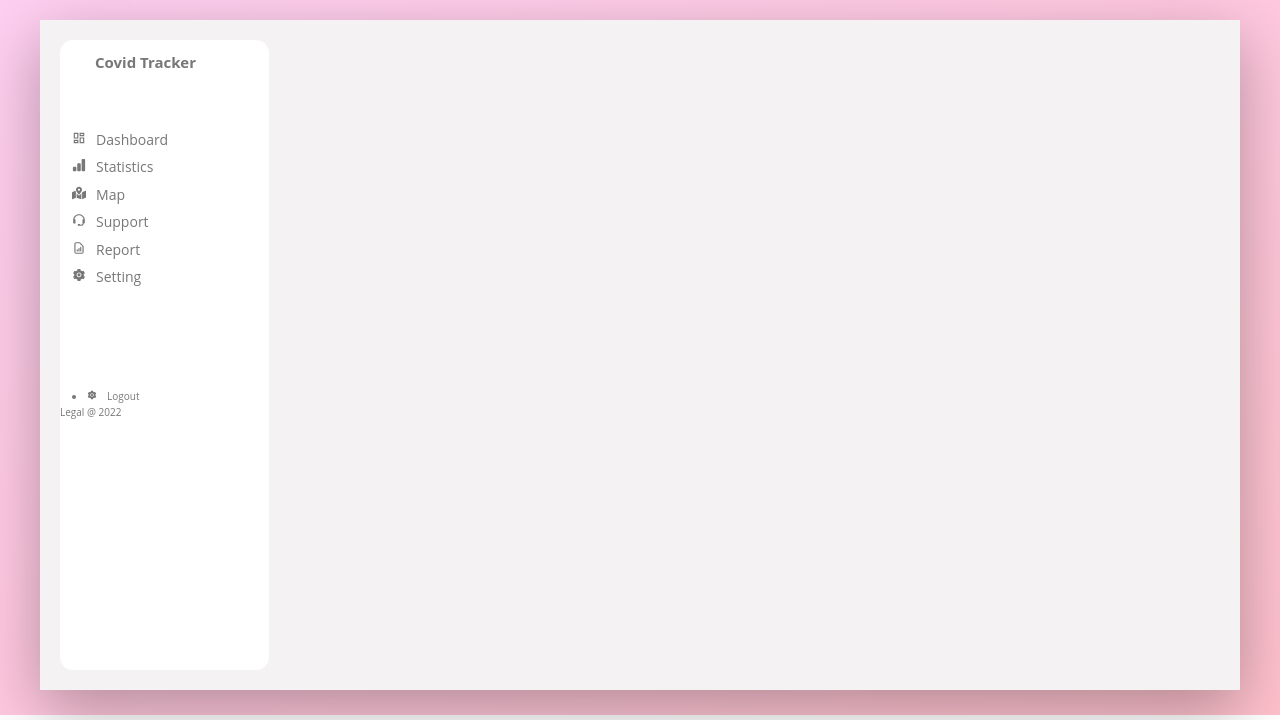
Repository: okidijimmy200/CovidAdminTracker
Page: /
An editor plug-in stored every save of this project. The page is shown before and after the next save, followed by the edit.
The browser window is 1280 px wide. The pictures show the whole page.
The project was rebuilt for these pictures with package versions that can differ from the ones it lists, and the page was loaded fresh each time.

Above is the page before, as saved 2022-06-16 12:00:05.

### public/index.html
<!DOCTYPE html>
<html lang="en">
  <head>
    <meta charset="utf-8" />
    <link rel="icon" href="%PUBLIC_URL%/favicon.ico" />
    <meta name="viewport" content="width=device-width, initial-scale=1" />
    <meta name="theme-color" content="#000000" />
    <meta
      name="description"
      content="Web site created using create-react-app"
    />
    <link rel="apple-touch-icon" href="%PUBLIC_URL%/logo192.png" />
    <!--
      manifest.json provides metadata used when your web app is installed on a
      user's mobile device or desktop. See https://developers.google.com/web/fundamentals/web-app-manifest/
    -->
    <link rel="manifest" href="%PUBLIC_URL%/manifest.json" />
    <!--
      Notice the use of %PUBLIC_URL% in the tags above.
      It will be replaced with the URL of the `public` folder during the build.
      Only files inside the `public` folder can be referenced from the HTML.

      Unlike "/favicon.ico" or "favicon.ico", "%PUBLIC_URL%/favicon.ico" will
      work correctly both with client-side routing and a non-root public URL.
      Learn how to configure a non-root public URL by running `npm run build`.
    -->
    <title>Covid Admin Tracker</title>
  </head>
  <body>
    <noscript>You need to enable JavaScript to run this app.</noscript>
    <div id="root"></div>
    <!--
      This HTML file is a template.
      If you open it directly in the browser, you will see an empty page.

      You can add webfonts, meta tags, or analytics to this file.
      The build step will place the bundled scripts into the <body> tag.

      To begin the development, run `npm start` or `yarn start`.
      To create a production bundle, use `npm run build` or `yarn build`.
    -->
  </body>
</html>

### src/index.scss
:root {
  --color-primary:#eb2f64;
  --color-primary-light:#ffcff1;
  --color-primary-dark:#ffc1cc;
  --color-grey-light-1: #faf9f9;
  --color-grey-light-2: #f4f2f2;
  --color-grey-light-3: #f0eeee;
  --color-grey-light-4: #ccc;
  --color-grey-dark-1: #333;
  --color-grey-dark-2: #777;
  --color-grey-dark-3: #999;

  // creating variable for box
  --shadow-dark: 0 2rem 6rem rgba(0, 0, 0, 0.3);

  --shadow-light: 0 2rem 5rem rgba(0,0,0,.06);
}


* {
  margin: 0;
  padding: 0;
}
*,
*::before,
*::after {
  box-sizing: inherit;
}

html {
  box-sizing: border-box;
  font-size: 62.5%;

}

body {
  font-family: 'Open Sans', sans-serif;
  font-weight: 400;
  line-height: 1.6;
  color: var(--color-grey-dark-2);
  background-image: linear-gradient(to right bottom, var(--color-primary-light), var(--color-primary-dark));
  background-size: cover;
  background-repeat: no-repeat;
  min-height: 96.5vh;
}

### src/App.tsx
import React from 'react';
import Sidebar from './sidebar/sidebar';
import Content from './core/content';
import './App.scss';

function App() {
  return (
    <div data-testid='container' className="container">
      <div className="content">
      <Sidebar />
      <Content />
      </div>

    </div>
  );
}

export default App;

### src/sidebar/sidebar.tsx
import React from 'react'
import {MdOutlineDashboard  } from 'react-icons/md'
import { BsFillBarChartFill } from 'react-icons/bs'
import { FaMapMarkedAlt } from 'react-icons/fa'
import { BiSupport } from 'react-icons/bi'
import { HiOutlineDocumentReport } from 'react-icons/hi'
import { AiFillSetting } from 'react-icons/ai'

import './sidebar.scss'

export default function sidebar() {
  return (
    <>
    <nav className="sidebar">
        <h2 className='title'>Covid Tracker</h2>
        <div className='sidebar-flex'>
            <div>
            <ul className="side-nav">
            <li className="side-nav__item side-nav__item--active">
                <span className='side-nav__icon'><MdOutlineDashboard /></span>
                    <span>Dashboard</span>
            </li>
            <li className="side-nav__item">
                {/* <a href="#" class="side-nav__link"> */}
                    <span className="side-nav__icon">
                        <BsFillBarChartFill />
                        {/* <use xlink:href="img/spritspam#icon-aircraft-take-off"></use> */}
                    </span>
                    <span>Statistics</span>
                {/* </a> */}
            </li>
            <li className="side-nav__item">
                {/* <a href="#" class="side-nav__link"> */}
                    <span className="side-nav__icon">
                        <FaMapMarkedAlt />
                        {/* <use xlink:href="img/sprite.svg#icon-key"></use> */}
                    </span>
                    <span>Map</span>
                {/* </a> */}
            </li>
            <li className="side-nav__item">
                {/* <a href="#" className="side-nav__link"> */}
                    <span className="side-nav__icon">
                        {/* <use xlink:href="img/sprite.svg#icon-map"></use> */}
                        <BiSupport />
                    </span>
                    <span>Support</span>
                {/* </a> */}
            </li>
            <li className="side-nav__item">
                {/* <a href="#" className="side-nav__link"> */}
                    <span className="side-nav__icon">
                        {/* <use xlink:href="img/sprite.svg#icon-map"></use> */}
                        <HiOutlineDocumentReport />
                    </span>
                    <span>Report</span>
                {/* </a> */}
            </li>
            <li className="side-nav__item">
                {/* <a href="#" className="side-nav__link"> */}
                    <span className="side-nav__icon">
                        {/* <use xlink:href="img/sprite.svg#icon-map"></use> */}
                        <AiFillSetting />
                    </span>
                    <span>Setting</span>
                {/* </a> */}
            </li>
        </ul>
            </div>
            <div className='logout'>
            <li className="side-nav__item">
            <span className="side-nav__icon">
                        {/* <use xlink:href="img/sprite.svg#icon-map"></use> */}
                        <AiFillSetting />
                    </span>
                <span>Logout</span>
            </li>

            </div>

        <div className="legal">
            Legal @ 2022
        </div>
        </div>
    </nav>
</>
  )
}

### src/core/content.tsx
import React from 'react'

import './content.scss'

export default function Content() {
  return (
    <main className="hotel-view">
    </main>
  )
}

### src/App.scss
.container {
  max-width: 120rem;
  // centering in the view port
  margin: 2rem auto;
  background-color: var(--color-grey-light-2);
  // box-shadow:;
  box-shadow: var(--shadow-dark);

  // min height for testing
  // min-height: 60rem;

}

.content {
  display: flex;
  min-height: 93vh;
  padding: 2rem;
}

### src/sidebar/sidebar.scss

.sidebar {
    // styling the sidebar
    background-color: #fff;
    // flex property to define width, grow 0, shrink 0
    flex: 0 0 18%;
    // to create alot of space in the container for legal text
    border-radius: 1.3rem;
}

.side-nav {
    // adding font size
    font-size: 1.4rem;
    list-style: none;
    margin-top: 3.5rem;

   &__item {
       // parent element set to relative to element the hover effect
       position: relative;
       cursor: pointer;
       margin-left: 1.2rem;

       // to create space btn the items
       &:not(:last-child) {
           margin-bottom: .5rem;
       }
   }

   // this shd be visible only when we hover the item
   &__item:hover::before,
   // to make one of the li items initially highlighted
   &__item--active::before {
       width: 100%;
   }

   // to show the item as selected
   &__item:active::before {
       background-color: #fff;
   }


   &__link:link,
   &__link:visited {
    //    color: var(--color-grey-light-1);
       text-decoration: none;
       text-transform: uppercase;
       display: inline-block;
       padding: 1.5rem 3rem;
       // z-index only works with positioning
       position: relative;
       z-index: 10;
       // to align items in straight line
       display: flex;
       align-items: center;
   }

   &__icon {
       // reduce size of icons
       width: 1.75rem;
       height: 1.75rem;
       margin-right: 1rem;
       // current color is the color of the current element
       fill:currentColor;
   }
}
.logout {
    margin-top: 10rem;
}
.sidebar-flex {
    display: flex;
    flex-direction: column;
    height: 45rem;
}
.title {
    padding: 1rem 2rem 2rem 3.5rem;
}

### src/core/content.scss
.hotel-view {
    // background-color: #fff;
    // to make the hotel-view cover up the remaining space
    flex: 1;
    margin-left: 2rem;
}

Loaded but not shown: src/index.tsx (common file); src/reportWebVitals.ts (common file)

After the next save:
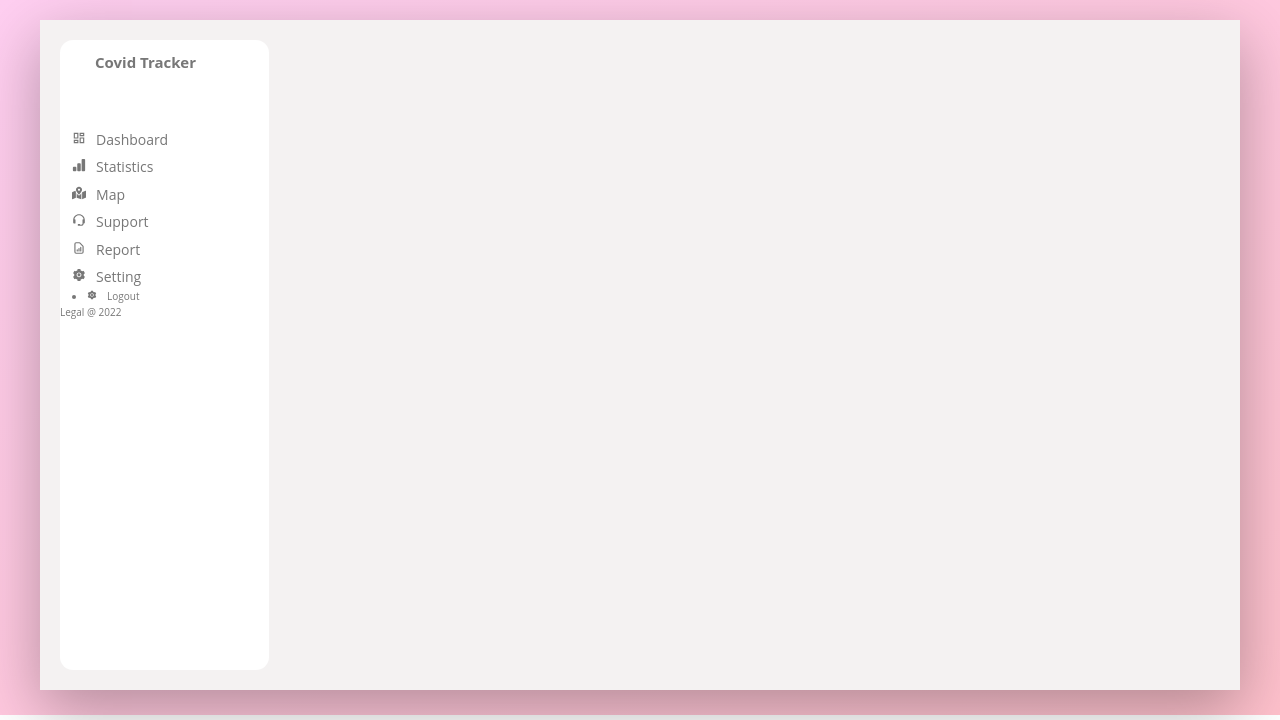
Saved 6 s later.
--- a/src/sidebar/sidebar.tsx
+++ b/src/sidebar/sidebar.tsx
@@ -67,7 +67,7 @@ export default function sidebar() {
             </li>
         </ul>
             </div>
-            <div className='logout'>
+            <div>
             <li className="side-nav__item">
             <span className="side-nav__icon">
                         {/* <use xlink:href="img/sprite.svg#icon-map"></use> */}
